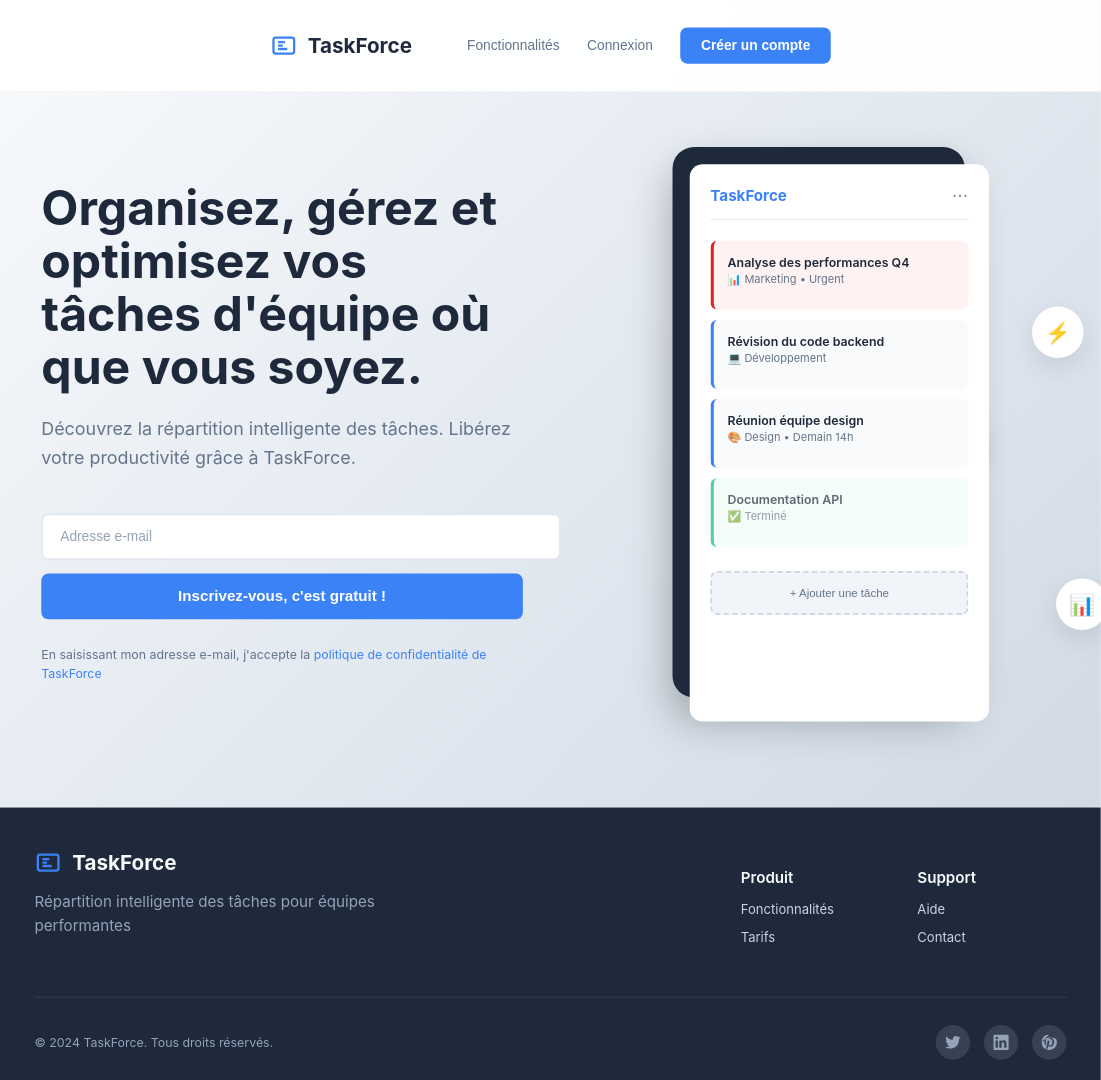
Repository: crowan1/taskforce
Page: / (app in taskforce-frontend/)
These files come from the project's save history. The page is drawn as it stood at one moment and after the next save; the edit follows.
The browser window is 1280 px wide. The pictures show the whole page, at 86% of full size.
The project was rebuilt for these pictures with package versions that can differ from the ones it lists, and the page was loaded fresh each time. Also part of the build but not shown: taskforce-frontend/src/assets/styles/Login.scss, taskforce-frontend/src/pages/Login.jsx, taskforce-frontend/src/pages/Register.jsx, taskforce-frontend/src/assets/styles/compenents/MyAccount/MyAccount.scss, taskforce-frontend/src/compenents/myAccount/ProfileInfo.jsx, taskforce-frontend/src/assets/styles/compenents/includes/MyAccount/MyAccount.scss, taskforce-frontend/src/pages/MyAccount.jsx, taskforce-frontend/src/compenents/dashboard/TaskCard.jsx and 8 more.

Above is the page before, as saved 2025-08-13 14:55:09.

After the next save:
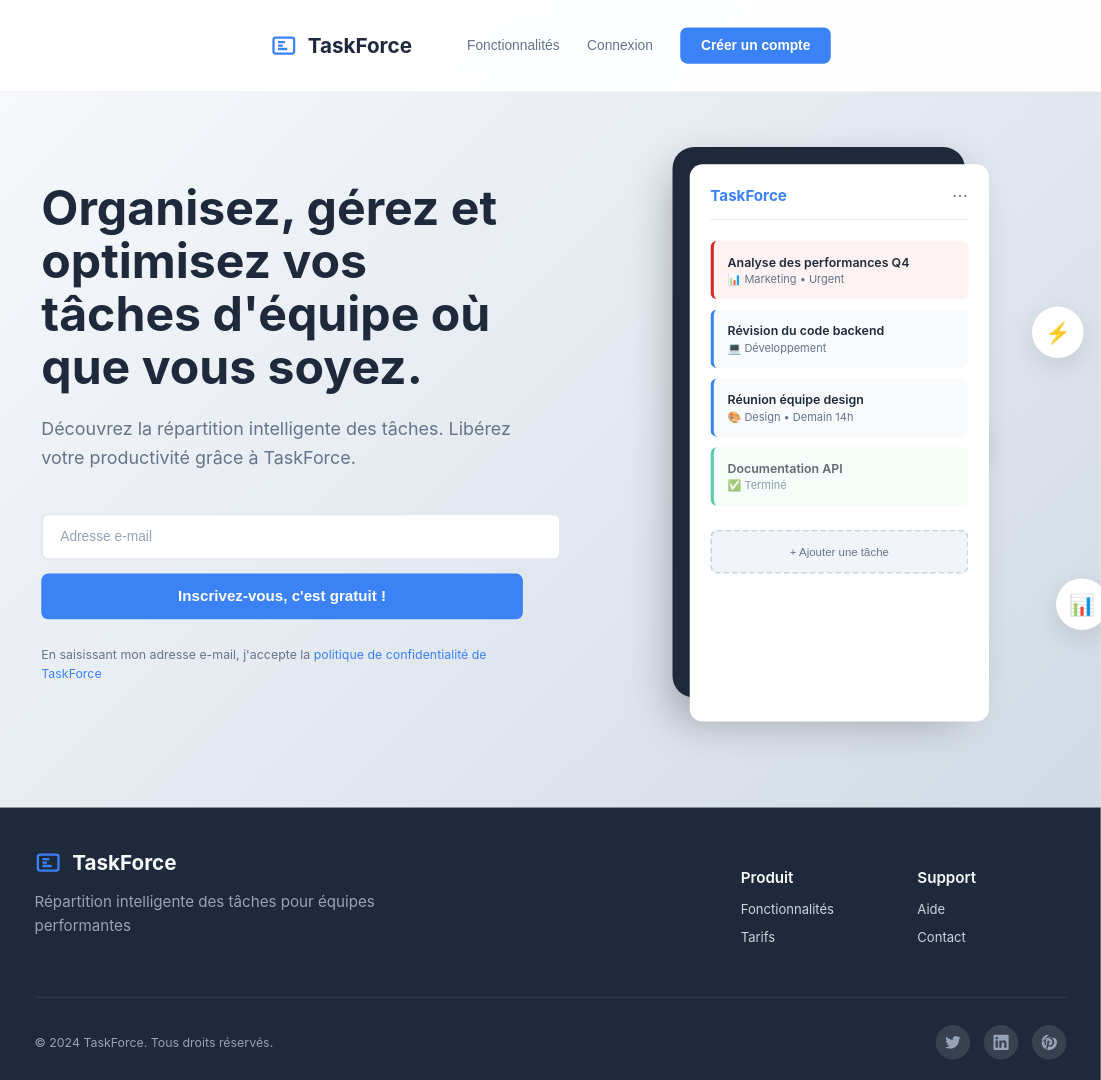
Saved 11 s later.
--- a/taskforce-frontend/src/assets/styles/Dashboard.scss
+++ b/taskforce-frontend/src/assets/styles/Dashboard.scss
@@ -219,141 +219,6 @@ $border-radius-lg: 12px;
   font-style: italic;
 }
 
-// Task Cards
-.task-card {
-  background: $white;
-  border: 1px solid $gray-300;
-  border-radius: $border-radius;
-  padding: 1rem;
-  margin-bottom: 1rem;
-  cursor: pointer;
-  transition: all 0.2s ease;
-  box-shadow: $shadow-sm;
-
-  &:hover {
-    box-shadow: $shadow-lg;
-    transform: translateY(-2px);
-  }
-
-  &:last-child {
-    margin-bottom: 0;
-  }
-}
-
-.task-header {
-  display: flex;
-  justify-content: space-between;
-  align-items: flex-start;
-  margin-bottom: 0.75rem;
-}
-
-.task-title {
-  font-size: 1rem;
-  font-weight: 600;
-  color: $gray-800;
-  margin: 0;
-  flex: 1;
-  margin-right: 0.5rem;
-}
-
-.task-actions {
-  display: flex;
-  gap: 0.5rem;
-}
-
-.btn-delete {
-  background: $danger-color;
-  color: $white;
-  border: none;
-  border-radius: 4px;
-  width: 24px;
-  height: 24px;
-  display: flex;
-  align-items: center;
-  justify-content: center;
-  cursor: pointer;
-  font-size: 1rem;
-  font-weight: bold;
-  transition: all 0.2s ease;
-
-  &:hover {
-    background: $danger-hover;
-    transform: scale(1.1);
-  }
-}
-
-.task-description {
-  font-size: 0.875rem;
-  color: $gray-500;
-  margin: 0 0 0.75rem 0;
-  line-height: 1.4;
-}
-
-.task-meta {
-  display: flex;
-  justify-content: space-between;
-  align-items: center;
-  margin-bottom: 0.75rem;
-}
-
-.task-priority {
-  display: flex;
-  align-items: center;
-}
-
-.priority-badge {
-  padding: 0.25rem 0.5rem;
-  border-radius: 4px;
-  font-size: 0.75rem;
-  font-weight: 600;
-  color: $white;
-  text-transform: uppercase;
-}
-
-.task-info {
-  font-size: 0.75rem;
-  color: $gray-500;
-}
-
-.task-assignee {
-  display: flex;
-  align-items: center;
-  gap: 0.5rem;
-  margin-bottom: 0.75rem;
-}
-
-.assignee-label {
-  font-size: 0.75rem;
-  color: $gray-500;
-}
-
-.assignee-name {
-  font-size: 0.875rem;
-  font-weight: 500;
-  color: $gray-800;
-}
-
-.task-details {
-  border-top: 1px solid $gray-300;
-  padding-top: 0.75rem;
-  margin-top: 0.75rem;
-}
-
-.detail-item {
-  font-size: 0.875rem;
-  color: $gray-500;
-  margin-bottom: 0.5rem;
-
-  &:last-child {
-    margin-bottom: 0;
-  }
-
-  strong {
-    color: $gray-800;
-  }
-}
-
-
 
 
 
